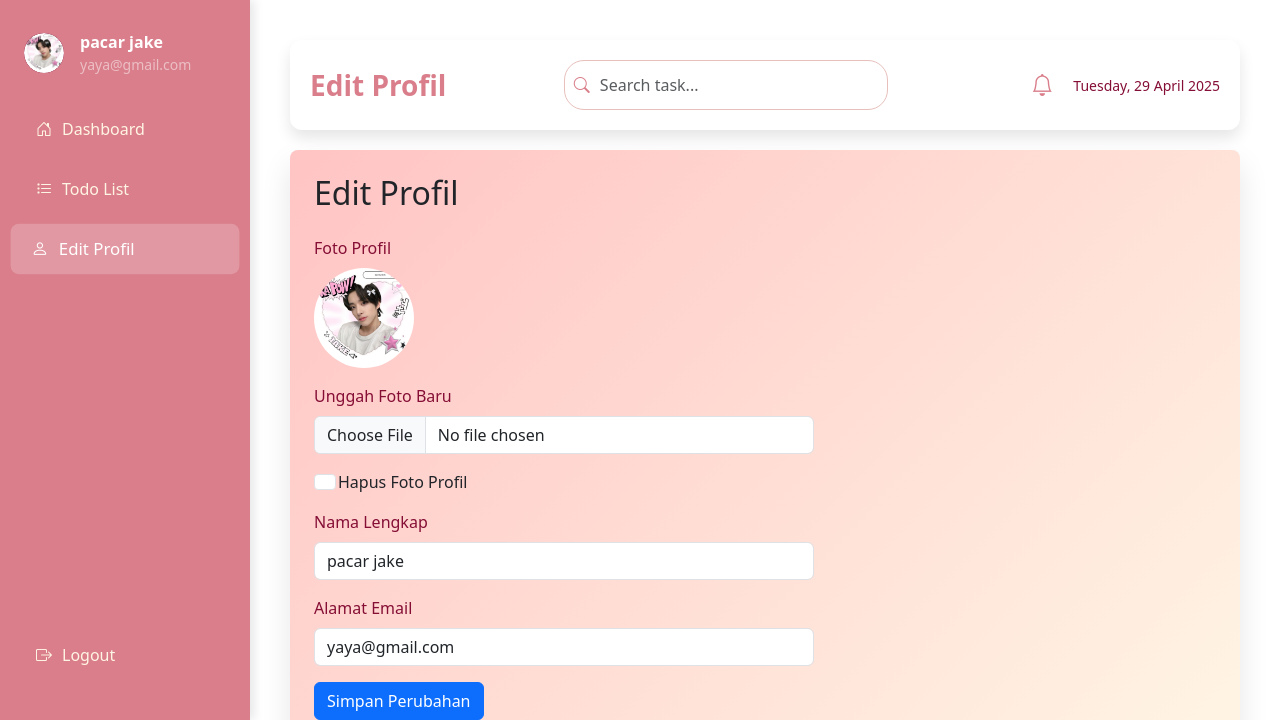
Repository: zhr-nabila/FloTime
Page: http://localhost/profile.php
An editor plug-in stored every save of this project. The page is shown before and after the next save, followed by the edit.
The browser window is 1280 px wide. The pictures show the whole page.
An inner scrolling area shows only its first screen. The page is run by PHP 8.4 with error messages shown; the project is at /var/www/html/. The session is filled in as if someone had signed in: {"email": "yaya@gmail.com", "status": "login", "user_id": 2}. The database holds what the project's SQL file puts in it.

Above is the page before, as saved 2025-04-30 21:18:50.

After the next save:
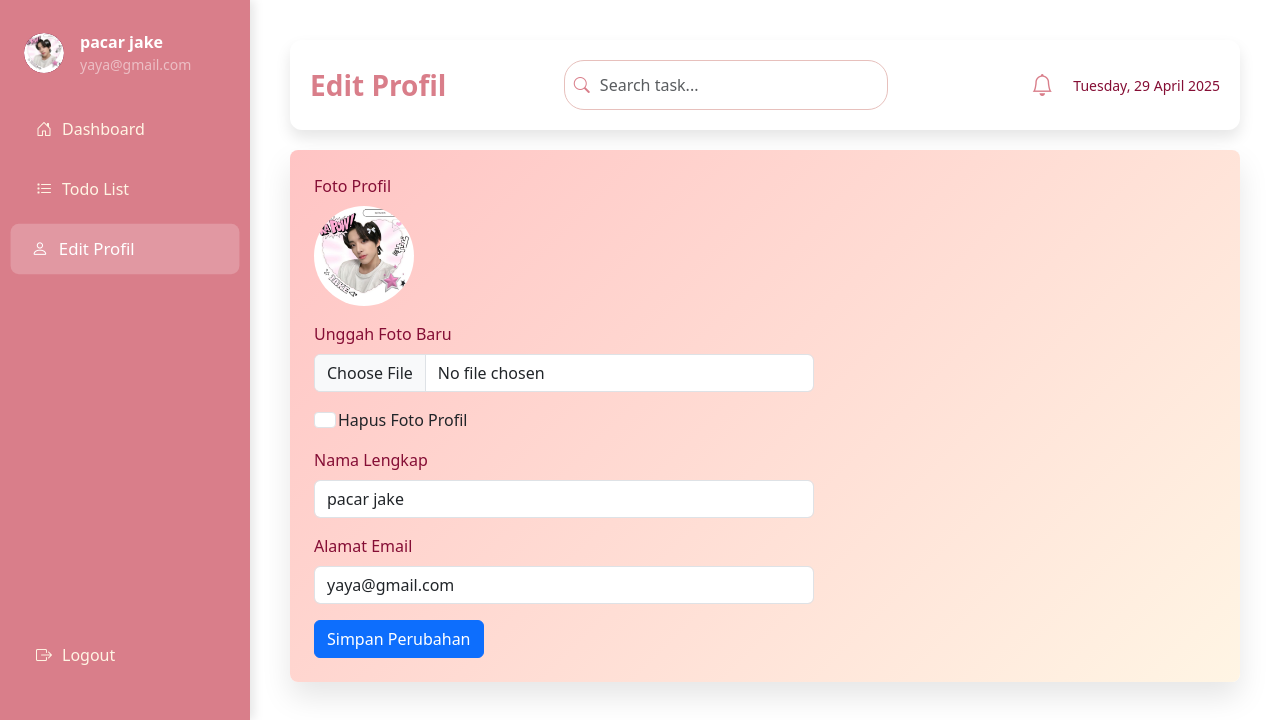
Saved 11 s later.
--- a/profile.php
+++ b/profile.php
@@ -75,7 +75,7 @@ if ($_SERVER["REQUEST_METHOD"] == "POST") {
     include 'includes/topbar.php';
     ?>
     <div class="content p-4">
-        <h2 class="mb-4">Edit Profil</h2>
+        <!-- <h2 class="mb-4">Edit Profil</h2> -->
 
         <form method="POST" enctype="multipart/form-data" class="form-profile">
             <div class="mb-3">
